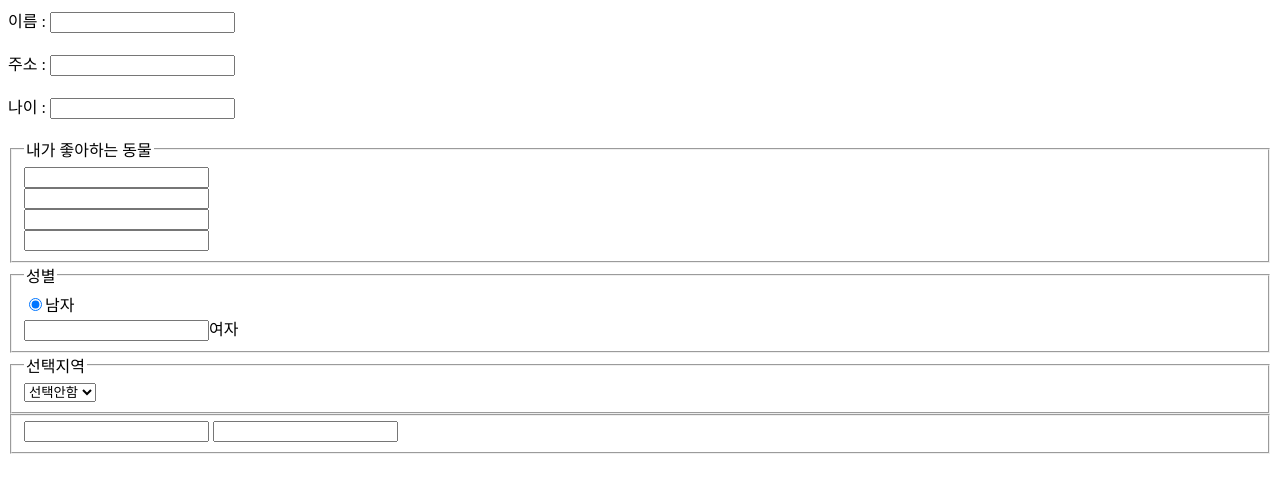
Repository: Rua1006/JSP
Page: practice01/WebContent/input.html
The author's editor kept a copy of each file at every save. The page is drawn from the files as they stood at one save, then again after the next save.
The browser window is 1280 px wide. The pictures show the whole page.

Above is the page before, as saved 2022-10-17 07:09:23.

### practice01/WebContent/input.html
<!DOCTYPE html>
<html>
<head>
<meta charset="UTF-8">
<title>입력 데이터 처리와 주고 받기</title>
</head>
<body>
<form action="indata" action="test04.jsp" method="post">
	이름 : <input type="" name=""><br><br>
	주소 : <input type="" name=""><br><br>
	나이 : <input type="" name=""><br><br>
	<fieldset>
		<legend>내가 좋아하는 동물</legend>
		<input type="" name="" value="" /><br>
		<input type="" name="" value="" /><br>
		<input type="" name="" value="" /><br>
		<input type="" name="" value="" /><br>
	</fieldset>
	<fieldset>
		<legend>성별</legend>
		<input type="radio" name="" value="" checked>남자<br>
		<input type="" name="" value="" >여자<br>
	</fieldset>
	<fieldset>
		<legend>선택지역</legend>
		<select name="area">
			<option selected>선택안함</option>
			<option value="01">선택안함</option>
			<option value="02">선택안함</option>
			<option value="03">선택안함</option>
			<option value="04">선택안함</option>
		</select>
	</fieldset>
	<fieldset>
		<input type="" name="" >
		<input>
	</fieldset>
</form>
</body>
</html>

After the next save:
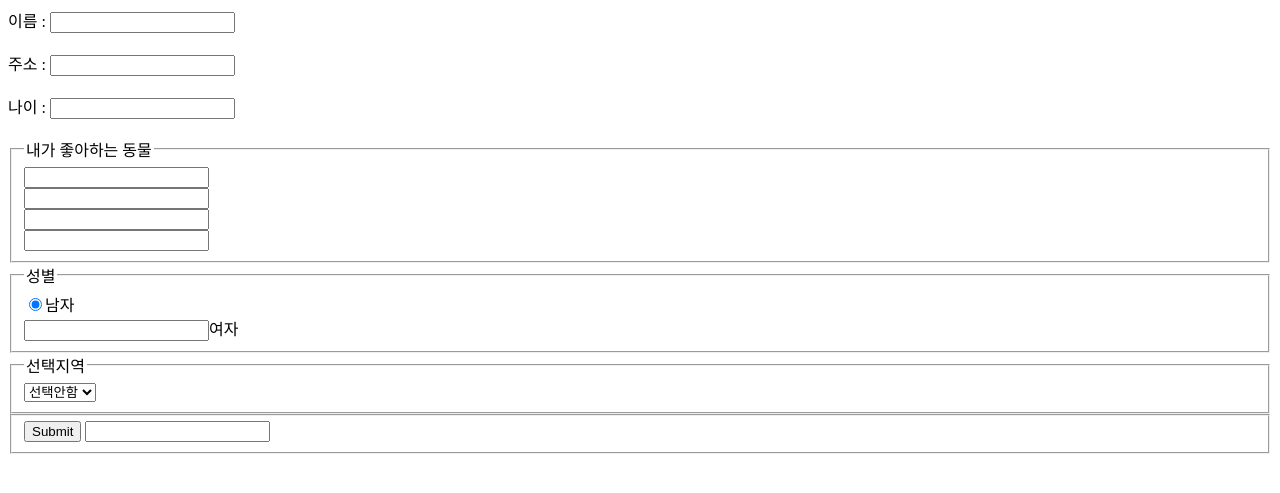
Saved 3 min 18 s later.
--- a/practice01/WebContent/input.html
+++ b/practice01/WebContent/input.html
@@ -32,7 +32,7 @@
 		</select>
 	</fieldset>
 	<fieldset>
-		<input type="" name="" >
+		<input type="submit" name="" >
 		<input>
 	</fieldset>
 </form>
